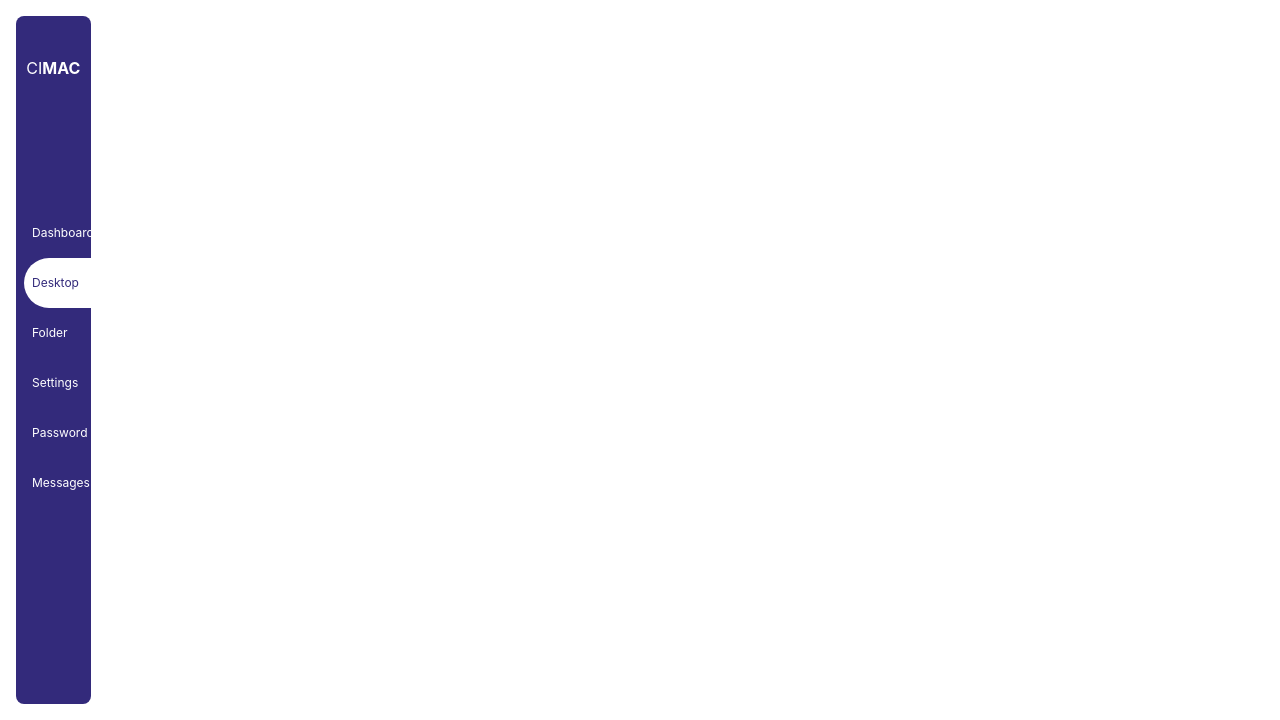
Repository: charleyvibez/experiment-Utility-software-UI
Page: index.html
The author's editor kept a copy of each file at every save. The page is drawn from the files as they stood at one save, then again after a run of saves.
The browser window is 1280 px wide. The pictures show the whole page.

Above is the page before, as saved 2020-03-17 23:38:17.

### index.html
<!DOCTYPE html>
<html lang="en">
<head>
  <meta charset="UTF-8">
  <meta name="viewport" content="width=device-width, initial-scale=1.0">

  <link rel="stylesheet" href="tailwind.css">
  <link rel="stylesheet" href="index.css">
  <title>Document</title>
</head>
<body>
  <aside class="w-1/12 p-4 h-screen">
    <div class="aside-container bg-gray-100 rounded-lg flex flex-col items-center h-full">
      <div class="logo pt-10 text-white">
        <h3>CI<span class="font-bold">MAC</span></h3>
      </div>

      <nav class="flex flex-col items-center text-xs mt-32 text-white w-full pl-2">
        <div class="nav-item w-full pl-2 py-4">Dashboard</div>
        <div class="nav-item w-full pl-2 py-4 active-nav">Desktop</div>
        <div class="nav-item w-full pl-2 py-4">Folder</div>
        <div class="nav-item w-full pl-2 py-4">Settings</div>
        <div class="nav-item w-full pl-2 py-4">Password</div>
        <div class="nav-item w-full pl-2 py-4">Messages</div>
      </nav>
    </div>

  </aside>
  <main></main>
</body>
</html>

### index.css
.aside-container {
  background: #332a7b;
}
.active-nav {
  position: relative;
  background:white;
  color: #332a7b;
  border-bottom-left-radius: 30px;
  border-top-left-radius: 30px;
}

.active-nav:before {
  position: absolute;
  content: ''
}

Loaded but not shown: tailwind.css (library)

After the next 18 saves:
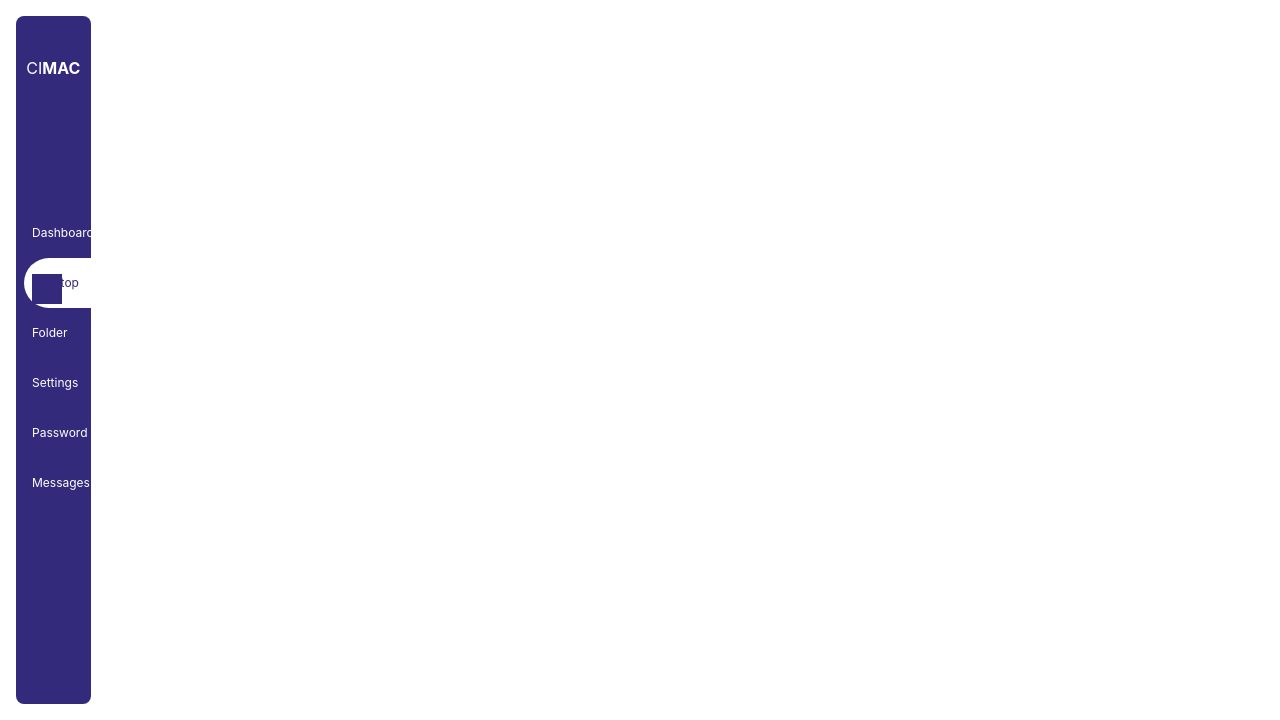
The 18 saves are shown as one change because they came seconds apart.
The last was saved 37 s later.
--- a/index.css
+++ b/index.css
@@ -11,5 +11,8 @@
 
 .active-nav:before {
   position: absolute;
-  content: ''
+  content: '';
+  height: 30px;
+  width: 30px;
+  background: #332a7b;
 }
